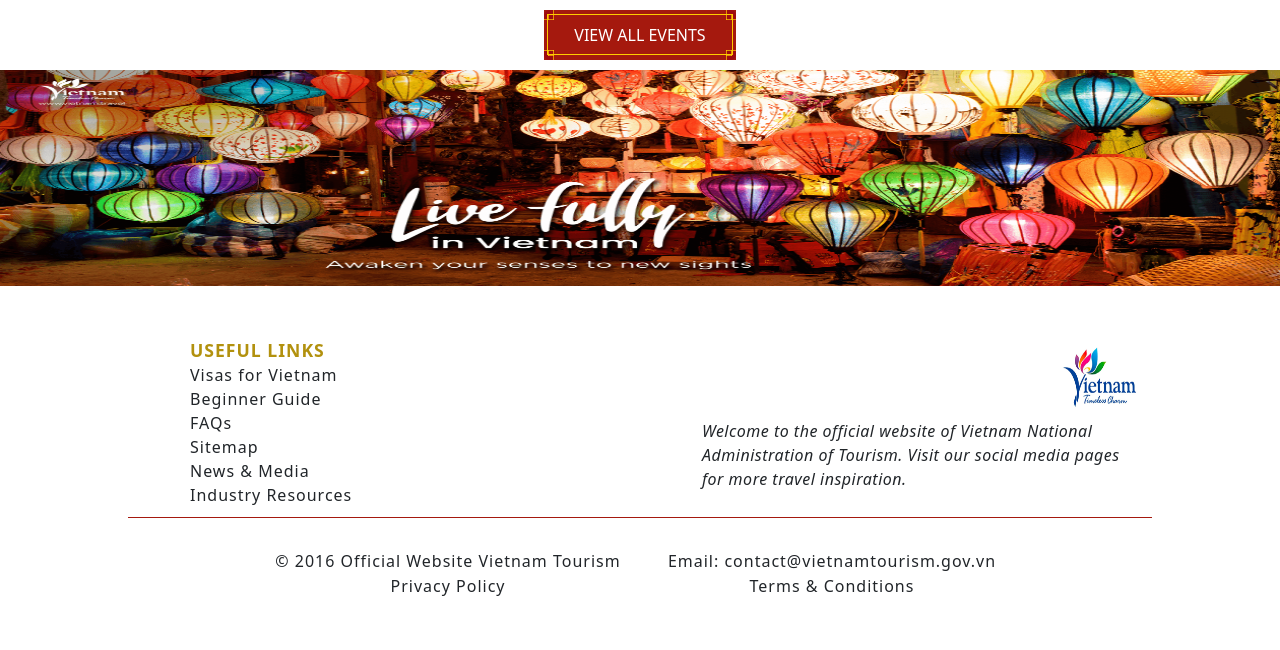
Repository: nguoilaisaochoi/TRAVEL-DEMO
Page: index.html
These files come from the project's save history. The page is drawn as it stood at one moment and after the next save; the edit follows.
The browser window is 1280 px wide. The pictures show the part of the page from y = 2162 to 2956 px (the page is 2812 px tall before and 2956 px after).
A picture or video elsewhere on the page could not be fetched, so the positions and the page height are approximate.

Above is the page before, as saved 2023-03-27 18:41:49.

### index.html
<!DOCTYPE html>
<html lang="en">
  <head>
    <meta charset="UTF-8" />
    <meta http-equiv="X-UA-Compatible" content="IE=edge" />
    <meta name="viewport" content="width=device-width, initial-scale=1.0" />
    <link rel="stylesheet" href="./index.css" />
    <script src="./index.js"></script>
    <link
      href="https://cdn.jsdelivr.net/npm/bootstrap@5.0.2/dist/css/bootstrap.min.css"
      rel="stylesheet"
      integrity="sha384-EVSTQN3/azprG1Anm3QDgpJLIm9Nao0Yz1ztcQTwFspd3yD65VohhpuuCOmLASjC"
      crossorigin="anonymous"
    />
    <title>Document</title>
  </head>
  <body>
    <div id="header">
      <img id="logo" src="./img_vd/logo.jpg" alt="" />
      <a href="#" onclick="showmenu()"><img id="vmenu" src="./img_vd/navmenu.jpg" /></a>
      <div id="menu">
        <li id="menucon">Live fully in Vietnam</li>
        <li id="menucon">Places to go</li>
        <li id="menucon">Things to do</li>
        <li id="menucon">Plan your trip</li>
        <li id="menucon">Green travel</li>
        <li id="menucon">Travel offers</li>
        <li id="menucon" onclick="addlang()" style="cursor: pointer">EN</li>
        <li id="lang"><p style="margin-top: 10px">日本語</p></li>
      </div>
    </div>
    <div id="vid">
      <video width="100%" autoplay muted loop src="./img_vd/1.mp4"></video>
    </div>
    <div id="content">
      <div id="cn1">
        <p id="start">LIVE FULLY IN VIETNAM</p>
        <p>Spectacular nature. Exceptional cuisine. Cultural diversity. Excellent service.</p>
        <p>
          Vietnam has fully reopened for international tourism without Covid-19 restrictions (No
          vaccination certificate, No test requirements, No quarantine, No medical declaration) and
          restored visa policies and immigration procedures as before Covid-19.
        </p>
        <p>
          Now you are free to discover and enjoy various wild nature destinations like limestone
          mountains, green terraced rice fields, and white sandy beaches. Holidays are coming, let’s
          get away from it all.
        </p>
        <p>
          Take in new sights, sounds, and flavors. Enjoy experiences that are truly memorable. Let’s
          explore, relax, and play. Live fully in Vietnam.
        </p>
      </div>
      <div id="cn2" class="row">
        <div id="cn21" class="col-md-12 col-lg-6">
          <div id="big">
            <img src="./img_vd/cn21.jpg" alt="" />
            <div id="tt">
              <div id="tt1"><p>Culture</p></div>
              <div id="tt2">
                <p>A guide to the boat tours of Ninh Binh</p>
              </div>
            </div>
          </div>
        </div>
        <div id="cn22" class="col-6 col-md-6 col-lg-3">
          <div id="big">
            <img src="./img_vd/cn22small.jpg" alt="" />
            <div id="tt">
              <div id="tt1"><p>Culture</p></div>
              <div id="tt2">
                <p>Enjoy the great outdoors in Ho Chi Minh City</p>
              </div>
            </div>
          </div>
        </div>
        <div id="cn23" class="col-6 col-md-6 col-lg-3">
          <div id="big">
            <img src="./img_vd/cn23smal.jpg" alt="" />
            <div id="tt">
              <div id="tt1"><p>Luxury</p></div>
              <div id="tt2">
                <p>Comfort Meets Culture at Hanoi's Luxury Hotels</p>
              </div>
            </div>
          </div>
        </div>
        <div id="cn24" class="col-lg-6">
          <div id="big">
            <img src="./img_vd/cn24.jpg" alt="" />
            <div id="tt">
              <div id="tt1"><p>Nature</p></div>
              <div id="tt2">
                <p>Binh Thuan: A Waterfall Paradise</p>
              </div>
            </div>
          </div>
        </div>
        <div id="cn24" class="col-lg-6">
          <div id="big">
            <img src="./img_vd/cn25.jpg" alt="" />
            <div id="tt">
              <div id="tt1"><p>Adventure</p></div>
              <div id="tt2">
                <p>Vung Tau - A sightseeing wonderland</p>
              </div>
            </div>
          </div>
        </div>
      </div>
    </div>
    <div id="whaton">
      <p style="font-size: 220%; color: #b2910e; text-transform: uppercase; font-weight: bold">
        What on?
      </p>
      <p style="font-size: 140%; letter-spacing: 0.5px">Check out upcoming events in Vietnam</p>
      <div id="event">
        <div id="e1" class="ev">
          <img src="./img_vd/e1.jpg" />
          <div id="info">
            <p>11 Mar 2023 - 13 Mar 2023</p>
            <p id="info2">Ban Flower Festival</p>
          </div>
        </div>
        <div id="e2" class="ev">
          <img src="./img_vd/e2.jpeg" />
          <div id="info">
            <p>10 Mar 2023 - 14 Mar 2023</p>
            <p id="info2">Buon Ma Thuot Coffee Festival</p>
          </div>
        </div>
        <div id="e3" class="ev">
          <img src="./img_vd/e3.jpeg" />
          <div id="info">
            <p>06 Mar 2023 - 11 Mar 2023</p>
            <p id="info2">Huong Pagoda Festival</p>
          </div>
        </div>
        <div id="e4" class="ev">
          <img src="./img_vd/e4.jpeg" />
          <div id="info">
            <p>08 Mar 2023 - 10 Mar 2023</p>
            <p id="info2">Da Nang Quan The Am Festival</p>
          </div>
        </div>
      </div>
      <div id="allev">
        <div id="allev1">
          <p>view all events</p>
        </div>
      </div>
    </div>
    <img id="VNAT" src="./img_vd/VNAT Cover 2.png" />
    <!--FOOTER-->
    <div id="footer">
      <div id="ctfooter" class="row">
        <div id="ctfooter1" class="col-lg-6">
          <li style="color: #b2910e; font-weight: bold; letter-spacing: 1px; font-size: 110%">
            USEFUL LINKS
          </li>
          <li>Visas for Vietnam</li>
          <li>Beginner Guide</li>
          <li>FAQs</li>
          <li>Sitemap</li>
          <li>News & Media</li>
          <li>Industry Resources</li>
        </div>
        <div id="ctfooter2" class="col-lg-6">
          <img src="./img_vd/logo-bw.png" />
          <p style="margin-top: 10px">
            Welcome to the official website of Vietnam National Administration of Tourism. Visit our
            social media pages for more travel inspiration.
          </p>
        </div>
      </div>
      <div id="about" class="row">
        <li class="col-lg-6">© 2016 Official Website Vietnam Tourism</li>
        <li class="col-lg-6">Email: contact@vietnamtourism.gov.vn</li>
        <li class="col-lg-6">Privacy Policy</li>
        <li class="col-lg-6">Terms & Conditions</li>
      </div>
    </div>
  </body>
</html>

### index.css
/*--------------MOBILE--------------------*/
@media screen and (min-width: 225px) {
  body {
    width: 100%;
    height: 100vh;
    margin: 0;
    font-family: Arial, Helvetica, sans-serif;
  }
  #header {
    position: relative;
    width: 100%;
    height: 50px;
    background-color: white;
    z-index: 2;
  }
  #footer {
    width: 100%;
    min-height: 364px;
    background-color: white;
    display: flex;
    justify-content: center;
    flex-direction: column;
  }
  #ctfooter {
    margin: auto;
    width: 100%;
    height: 90%;
    margin-top: 10px;
    border-bottom: 1px solid #a5190e;
  }
  #ctfooter1 {
    list-style: none;
    letter-spacing: 1px;
    display: flex;
    justify-content: center;
    align-items: center;
    flex-direction: column;
  }
  #ctfooter2 {
    letter-spacing: 0.5px;
    font-style: italic;
    display: flex;
    flex-direction: column;
    justify-content: center;
    align-items: center;
    text-align: center;
  }
  #ctfooter2 img {
    margin-top: 10px;
    width: 30%;
    height: 35%;
  }
  #about {
    margin: auto;
    width: 100%;
    height: 200px;
    list-style: none;
    margin-top: 10px;
  }
  #about li {
    text-align: center;
    letter-spacing: 1px;
    height: 20px;
  }
  #vid {
    width: 100%;
    min-height: 100px;
    overflow: hidden;
    z-index: 0;
  }
  #logo {
    position: relative;
    z-index: 1;
    max-width: 20%;
    margin-left: 5%;
  }
  #start {
    margin-top: 20px;
    font-size: 160%;
    font-weight: bold;
    color: #b2910e;
    letter-spacing: 1px;
  }
  #vmenu {
    float: right;
    width: 10%;
    margin: 2%;
  }
  #menu {
    z-index: 0;
    position: absolute;
    list-style: none;
    display: block;
    flex-direction: column;
    width: 100%;
    margin-top: -10px;
    height: 0px;
    background-color: white;
    overflow: hidden;
    animation: animate2 0.5s ease;
  }
  #menu.active {
    z-index: 0;
    position: absolute;
    list-style: none;
    display: block;
    flex-direction: column;
    width: 100%;
    background-color: white;
    overflow: hidden;
    height: auto;
    animation: animate 0.5s ease;
    border-bottom: 5px solid #a5190e;
  }
  @keyframes animate {
    0% {
      height: 0px;
    }
    100% {
      height: 285px;
    }
  }
  @keyframes animate2 {
    0% {
      height: 285px;
    }
    100% {
      height: 0px;
    }
  }
  #lang {
    display: flex;
    width: 100%;
    justify-content: center;
    background-color: rgb(255, 255, 227);
    height: 0px;
    overflow: hidden;
    transition: 0.2s ease;
    text-decoration: none;
    color: gray;
  }
  #lang.active {
    display: flex;
    width: 100%;
    justify-content: center;
    background-color: rgb(255, 255, 227);
    height: 40px;
    overflow: hidden;
  }
  #menucon {
    display: flex;
    align-items: center;
    justify-content: center;
    width: 100%;
    height: 40px;
    margin-left: 0px;
    margin-right: 0px;
    font-size: 14px;
    transition: 0.2s ease;
    font-weight: bold;
    color: gray;
    border-bottom: 1px solid gray;
  }
  #menucon:hover {
    background-color: #80808039;
    cursor: pointer;
    color: rgb(145, 0, 0);
  }
  #content {
    display: flex;
    width: 100%;
    min-height: 400px;
    background-color: aqua;
    margin: auto;
    flex-wrap: wrap;
    justify-content: center;
    background: url(./img_vd/background.jpg) no-repeat;
    background-size: cover;
  }
  #cn1 p {
    text-align: center;
    letter-spacing: 2px;
  }
  #cn1 {
    width: 100%;
  }
  #cn2 {
    width: 100%;
  }
  #cn21,
  #cn22,
  #cn23,
  #cn24,
  #cn25 {
    height: 200px;
    position: relative;
    overflow: hidden;
    display: flex;
  }
  #cn22 #big img,
  #cn23 #big img {
    width: 140%;
  }
  #big {
    width: 100%;
    height: 90%;
    background-color: aliceblue;
    margin: auto;
    position: relative;
    overflow: hidden;
    border-radius: 5px;
  }
  #big img {
    position: absolute;
    width: 100%;
    height: 314px;
    z-index: 0;
  }

  #cn22 #big img {
    position: absolute;
    bottom: -40px;
  }
  #cn23 #big img {
    position: absolute;
    bottom: 0;
  }
  #tt {
    position: absolute;
    width: 100%;
    z-index: 1;
    bottom: 0;
  }
  #tt1 {
    max-height: 30px;
    width: 100px;
    background: url(./img_vd/bg-red-pattern.png);
    background-size: cover;
    z-index: 1;
    display: flex;
    text-transform: uppercase;
  }
  #tt1 p {
    color: white;
    font-weight: bold;
    margin: auto;
  }
  #tt2 {
    background-color: rgba(0, 0, 0, 0.501);
    padding: 2%;
    color: white;
    font-weight: bold;
    text-transform: uppercase;
    display: flex;
  }
  #tt2 p {
    margin-bottom: 0px;
    font-size: 90%;
  }
  #whaton {
    width: 100%;
    min-height: 667px;
    background-color: white;
    text-align: center;
  }
  #event {
    width: 90%;
    min-height: 150px;
    background: url(./img_vd/bg-red-pattern.png);
    background-size: 100px;
    display: flex;
    flex-direction: column;
    margin: auto;
    padding: 10px;
  }
  #e1,
  #e2,
  #e3,
  #e4 {
    position: relative;
    z-index: 0;
  }
  #event div {
    width: 100%;
    height: 150px;
    overflow: hidden;
  }
  #event img {
    width: 100%;
  }
  #info {
    position: absolute;
    z-index: 1;
    top: 0;
    color: white;
    width: 100%;
    background: linear-gradient(rgba(0, 0, 0, 0.737), transparent 70%);
  }
  #info p {
    text-align: left;
    margin-left: 10px;
    margin-top: 10px;
    line-height: 22px;
  }
  #info2 {
    font-weight: bold;
    font-size: 120%;
    text-transform: uppercase;
  }
  #allev {
    cursor: pointer;
    display: flex;
    margin: auto;
    margin-top: 10px;
    margin-bottom: 10px;
    width: 90%;
    height: 50px;
    background-color: #a5190e;
    background-image: url(./img_vd/bg-red-tl.png), url(./img_vd/bg-red-tr.png),
      url(./img_vd/bg-red-br.png), url(./img_vd/bg-red-bl.png);
    background-repeat: no-repeat;
    background-position: 0 0, 100% 0, 100% 100%, 0 100%;
  }
  #allev1 {
    width: 98%;
    margin: auto;
    border: 1px solid #ffcc00;
    text-transform: uppercase;
  }
  #allev1 p {
    margin-top: 4%;
    line-height: 10px;
    color: white;
  }
  #VNAT {
    width: 100%;
  }
}
/*--------------TABLET--------------------*/
@media screen and (min-width: 768px) {
  #footer {
    width: 100%;
    min-height: 364px;
    background-color: white;
    display: flex;
    justify-content: center;
    flex-direction: column;
  }
  #ctfooter {
    width: 100%;
    height: 90%;
    margin-top: 10px;
    border-bottom: 1px solid #a5190e;
  }
  #ctfooter1 {
    align-items: flex-start;
  }
  #ctfooter2 {
    align-items: flex-end;
    text-align: start;
  }
  #ctfooter1 li,
  #ctfooter2 p {
    margin-left: 50px;
  }
  #ctfooter2 img {
    width: 12%;
    height: 40%;
  }
  #start {
    font-size: 350%;
  }
  #cn1 {
    width: 90%;
  }
  #cn2 {
    width: 90%;
  }
  #cn21,
  #cn22,
  #cn23,
  #cn24,
  #cn25 {
    height: 310px;
    position: relative;
    overflow: hidden;
    display: flex;
  }

  #big img {
    display: flex;
    height: 314px;
    transition: 0.5s ease;
  }
  #tt2 p {
    font-size: 110%;
  }
  #whaton {
    min-height: 130px;
  }
  #event {
    width: 90%;
    flex-direction: row;
  }
  #event div {
    height: 280px;
  }
  #event img {
    width: auto;
    height: 344px;
    position: relative;
    right: 155px;
  }
  #e1,
  #e2,
  #e3,
  #e4 {
    margin: 0.5%;
    border-radius: 5px;
  }
  #allev {
    width: 25%;
  }
  #allev1 {
    width: 96%;
    height: 83%;
    display: flex;
  }
  #allev1 p {
    margin: auto;
  }
  #VNAT {
    height: 30%;
  }
}
/*--------------DESKTOP--------------------*/
@media screen and (min-width: 992px) {
  #header {
    width: 100%;
    height: 90px;
  }
  #ctfooter {
    margin: auto;
    width: 80%;
  }
  #ctfooter2 img {
    width: 16%;
    height: 40%;
  }
  #ctfooter1,
  #ctfooter2 {
    margin-bottom: 10px;
  }
  #about {
    width: 60%;
    height: 50px;
    margin: auto;
    margin-top: -20px;
  }
  #about li {
    height: 20px;
  }
  #vmenu {
    display: none;
  }
  #logo {
    width: 10%;
  }
  #menu {
    display: inline-flex;
    height: 90px;
    margin: 0;
    width: 80%;
    margin-left: 20px;
    flex-direction: row;
    background-color: transparent;
    overflow: visible;
  }
  #menucon {
    height: 90px;
    width: 150px;
    font-size: 80%;
    border-bottom: none;
    text-align: center;
  }
  #lang {
    z-index: 1;
    position: relative;
    top: 90px;
    right: 12.4%;
    width: 150px;
    background-color: white;
  }
  #lang.active {
    z-index: 1;
    position: relative;
    top: 90px;
    right: 12.4%;
    width: 150px;
    background-color: white;
    border-bottom: 5px solid #a5190e;
  }
  #cn2 {
    width: 100%;
  }
  #cn1 {
    width: 90%;
  }
  #cn2 {
    width: 90%;
  }
  #cn21,
  #cn22,
  #cn23,
  #cn24,
  #cn25 {
    height: 310px;
    position: relative;
    overflow: hidden;
    display: flex;
  }
  #big {
    width: 100%;
    height: 90%;
    background-color: aliceblue;
    margin: auto;
    position: relative;
    overflow: hidden;
  }
  #big:hover > img {
    scale: 1.1;
  }
  #big img {
    height: 370px;
    transition: 0.5s ease;
  }
  #tt2 p {
    font-size: 110%;
  }
  #info2 {
    font-size: 150%;
  }
  .ev img {
    transition: 0.5s ease;
  }
  .ev:hover > img {
    scale: 1.1;
  }
  #allev {
    width: 15%;
  }
  #allev1 {
    width: 97%;
    height: 83%;
  }
}

### index.js
/*function showLoginForm() {
  var abc = document.getElementById("menu");
  if (abc.style.display === "flex") {
    abc.style.display = "none";
  } else {
    abc.style.display = "flex";
  }
}*/
function showmenu() {
  var abc = document.getElementById("menu");
  if (abc.classList.contains("active")) {
    abc.classList.remove("active");
  } else {
    abc.classList.add("active");
  }
}
function addlang() {
  var abc = document.getElementById("lang");
  if (abc.classList.contains("active")) {
    abc.classList.remove("active");
  } else {
    abc.classList.add("active");
  }
}

After the next save:
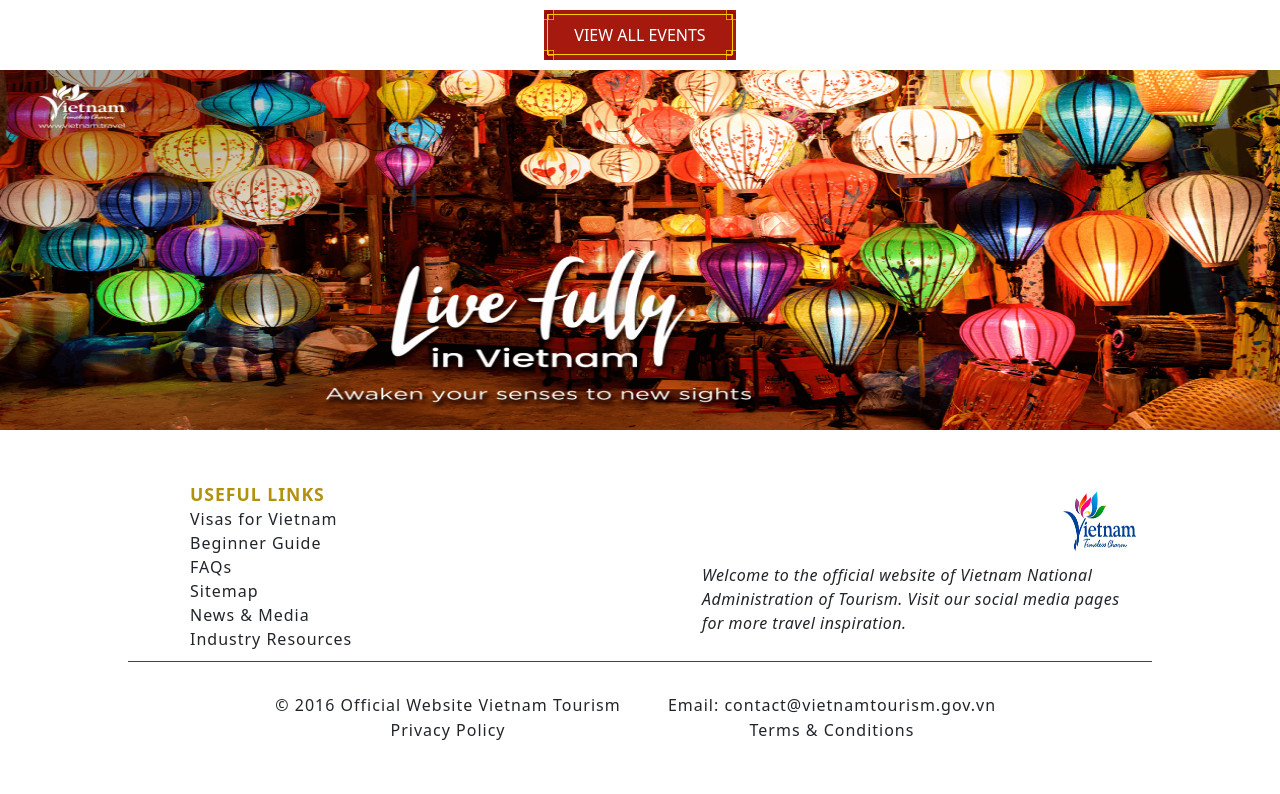
Saved 18 s later.
--- a/index.css
+++ b/index.css
@@ -430,7 +430,7 @@
     margin: auto;
   }
   #VNAT {
-    height: 30%;
+    height: 50%;
   }
 }
 /*--------------DESKTOP--------------------*/
